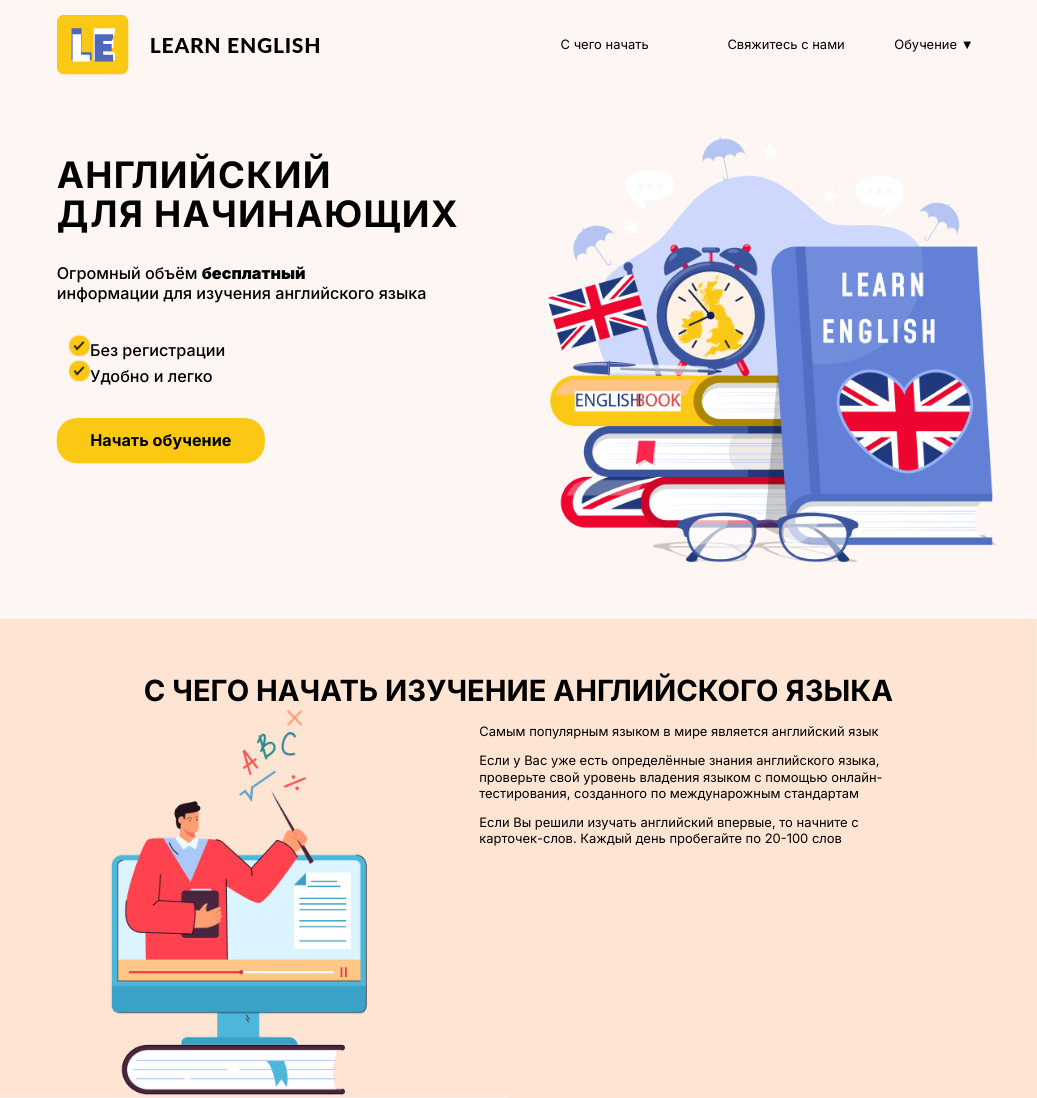
Repository: WladimirVA/Diplom
Page: scool/index.html
An editor plug-in stored every save of this project. The page is shown before and after the next save, followed by the edit.
The browser window is 1280 px wide. The pictures show the whole page, at 81% of full size.

Above is the page before, as saved 2023-07-06 18:38:04.

### scool/index.html
<!DOCTYPE html>
<html lang="en">
<head>
    <meta charset="UTF-8">
    <meta name="viewport" content="width=device-width, initial-scale=1.0">
    <link href="./css/index.css" rel="stylesheet" type="text/css">
    <link href="../static/css/fonts.css" rel="stylesheet" type="text/css">
    <link rel="icon" sizes="16x16" href="./img/Vector.svg" type="image/x-icon">
    <title>Learn english</title>
</head>
<body>
    <header class="header" di="HOME">
        <div class="section">
            <div class="section-header">
                <div class="logo">
                    <img src="./img/Vector.svg">
                    <p>Learn english</p>
                </div>
                <div>

                    <ul class="ddropdownn">
                        <li class="ddropdownn-top">
                        <a class="ddropdownn-top" href="#">С чего начать</a>
                        </li>
                        <li class="ddropdownn-top">
                            <a class="ddropdownn-top" href="#">Свяжитесь с нами</a>
                        </li>
                        <li class="ddropdownn-top">
                        <a class="ddropdownn-top" href="#">Обучение &#9660;</a>
                            <ul class="ddropdownn-inside">
                                <li><a href="/">Карточки-слова</a></li>
                                <li><a href="/">Самоучитель</a></li>
                                <li><a href="/">Видео</a></li>
                                <li><a href="/">Тестирование</a></li>
                                <li><a href="/">Картинки</a></li>
                            </ul>
                        </li>

                    </ul>

                    <!-- <ul class="header-nav">
                        <li><a class="link" href="#ADVAN_TEST">С чего начать</a></li>
                        <li><a class="link" href="#LANGUAGE_LEVELS">Обучение &#9660;</a></li>
                        <li><a class="link" href="mailto:Vorobeyenglish@ya.ru">Свяжитесь с нами</a></li>
                         <li><a class="link" href="#">О проекте</a></li>
                    </ul> -->
                </div>
            </div>
        </div>
    </header>
    <main>
        <section class="BEGINNES">
            <div class="section">
                <div class="content-beginners">
                    <div class="beginners-inf">
                        <h1>Английский <br>для начинающих</h1>
                        <p>Огромный объём <span  style="font-weight:900"> бесплатный <br></span> информации для изучения английского языка</p>
                        <div>
                            <ul class="home_ul">
                                <li class="home_li"><img class="check" src="./img/Иконка _Галочка_ 3.svg">Без регистрации</li>
                                <li class="home_li"><img class="check" src="./img/Иконка _Галочка_ 3.svg">Удобно и легко</li>
                            </ul>
                        </div>
                        <div class="buttonsHome">
                            <form action="#" method="post">
                                <button class="button_home">Начать обучение</button>
                            </form>
                        </div>
                    </div>
                    <div class="beginners-img">
                        <img src="./img/BACKGROUND.png" alt="foto">
                    </div>
                </div>
            </div>
        </section>
        <section class="LEARNING">
            <div class="section">
                <div class="content-learning">
                    <h1>С чего начать изучение английского языка</h1>
                        <div class="learning">
                            <div class="img-learning">
                                <img src="./img/Group 31.png" alt="foto">
                            </div>
                            <div class="learning-text">
                                <div>
                                    <p>Самым популярным языком в мире является английский язык</p>
                                </div>
                                <div>
                                    <p>Если у Вас уже есть определённые знания английского языка, проверьте свой уровень владения языком с помощью онлайн-тестирования, созданного по междунарожным стандартам</p>
                                </div>
                                <div>
                                    <p>Если Вы решили изучать английский впервые, то начните с карточек-слов. Каждый день пробегайте по 20-100 слов</p>
                                </div>
                            </div>
                        </div>
                </div>
            </div>
        </section>
    </main>

</body>
</html>

### scool/css/index.css
body {
    scroll-behavior: smooth;
    align-items: center;
    width: 100%;
    max-width: 1366px;
    margin: auto;
    font-family: 'Inter', 'Work Sans', "NunitoSans-Light", Arial, Helvetica, sans-serif;
}

.logo {
    display: flex;
    align-items: center;
}

.logo p {
    font-family: Lato;
    font-size: 26px;
    font-weight: 800;
    line-height: 48px;
    letter-spacing: 0.035em;
    text-align: left;
    text-transform: uppercase;
    padding-left: 1em;
}

/* .link {
    font-family: Inter;
    font-size: 16px;
    font-weight: 500;
    line-height: 20px;
    letter-spacing: 0em;
    padding-right: 60px;
    text-decoration: none;
    color: #000000;


}

.header-nav {
    display: flex;
    list-style-type: none;
    padding-top: 20px;
} */
/* Стили выпадающего списка */
ul.ddropdownn li {/* Считаем координаты относительно исходного места. */
    position: relative; }
ul.ddropdownn, ul.ddropdownn-inside {
    /* Отступы на нуле. */
    padding: 0;
    /* Маркеры уберем. */
    list-style-type: none;
    }
ul.ddropdownn-inside {
    /* Спрячем дочерние элементы выпадающего списка. */
    left: -9999px;
    position: absolute;
    }
ul.ddropdownn li.ddropdownn-top {
    /* Небольшой отступ. */
    margin: 20px 1px 0 0;
    /* Выравнивание по левой стороне. */
    float: left;
    display: inline;
    }
ul.ddropdownn li.ddropdownn-top a {
    /* Делаю элементы блочными. */
    display: block;
    /* Снова отступы. */
    padding: 3px 30px 4px;
    text-decoration: none;
    color: black;
    font-family: Inter;
    width: 145px;
    }
/* ul.ddropdownn a.ddropdownn-top {/* Цвет фона. */ background: #FEF6F3; } */
ul.ddropdownn a.ddropdownn-top:hover {/* Отступы. */ padding: 13px 20px 4px; }
ul.ddropdownn li.ddropdownn-top:hover .ddropdownn-inside {
    left: 0;
    /* Делаю элементы блочными. */
    display: block;
    }
ul.ddropdownn .ddropdownn-inside {/* Цвет фона. */ background: #FEF6F3; }
ul.ddropdownn .ddropdownn-inside a:hover {/* Цвет фона изменится при наведении. */
    background: #FEF6F3; }


@media screen and (max-width: 745px) {
    .header-nav {
        display: block;
        padding-top: 0px;
    }
}


.section-header {
    display: flex;
    justify-content: space-between;
    background-color: #FEF6F3;
    padding: 5px 0px 0 70px;

}

.BEGINNES {
    background: #FEF6F3;
}

.content-beginners {
    display: flex;
    justify-content: space-between;
}

.beginners-inf {
    padding: 50px 0 0 70px;
}

.beginners-inf h1 {
    font-family: Inter;
    font-size: 44px;
    font-weight: 700;
    line-height: 48px;
    letter-spacing: -0.08em;
    text-align: left;
    text-transform: uppercase;
    font-family: Inter;
    font-size: 45px;
    font-weight: 700;
    line-height: 48px;
    letter-spacing: 0.035em;
    text-align: left;
}

.beginners-img img {
    width: 100%;
    height: auto;
}
.content-beginners {
    font-family: Inter;
    font-size: 22px;
    font-weight: 700;
    line-height: 24px;
    letter-spacing: 0em;
    text-align: left;

    font-family: Inter;
    font-size: 22px;
    font-weight: 500;
    line-height: 24px;
    letter-spacing: 0em;
    text-align: left;

    font-family: Inter;
    font-size: 20px;
    font-weight: 500;
    line-height: 24px;
    letter-spacing: 0em;
    text-align: left;
}

.home_ul {
    list-style-type: none;
    padding: 20px 0 20px 0;
}

.check {
    margin-left: 15px;
}

.button_home {
    font-family: Inter;
    font-size: 20px;
    font-weight: 700;
    line-height: 24px;
    letter-spacing: 0em;
    text-align: center;
    background:#FBC815;
    border-style: none;
    border-radius: 25px;
    width: 257px;
    height: 56px;
}

.LEARNING {
    background: #FDE4D3;
}

.learning {
    display: flex;
    justify-content: space-evenly;
}

.img-learning img {
    width: 100%;
    height: auto;
}

.content-learning h1 {
    margin: 0;
    text-align: center;
    text-transform: uppercase;
    font-family: Inter;
    font-size: 36px;
    font-weight: 700;
    line-height: 48px;
    letter-spacing: 0em;
    text-align: center;
    padding-top: 65px;

}

.learning-text {
    max-width: 550px;
}

### static/css/fonts.css
/* @import url('https://fonts.googleapis.com/css2?family=Work+Sans:ital,wght@0,600;0,800;1,800&display=swap'); */


/* @import url('https://fonts.googleapis.com/css2?family=Inter:wght@400;500;600;700;800&family=Work+Sans:ital,wght@0,600;0,800;1,800&display=swap'); */


@import url('https://fonts.googleapis.com/css2?family=Inter:wght@100;200;300;400;500;600;700;800;900&display=swap');

@import url('https://fonts.googleapis.com/css2?family=Inter:wght@100;200;300;400;500;600;700;800;900&family=Work+Sans:ital,wght@0,100;0,200;0,300;0,400;0,500;0,600;0,700;0,800;0,900;1,100;1,200;1,300;1,400;1,500;1,600;1,700;1,800;1,900&display=swap');

After the next save:
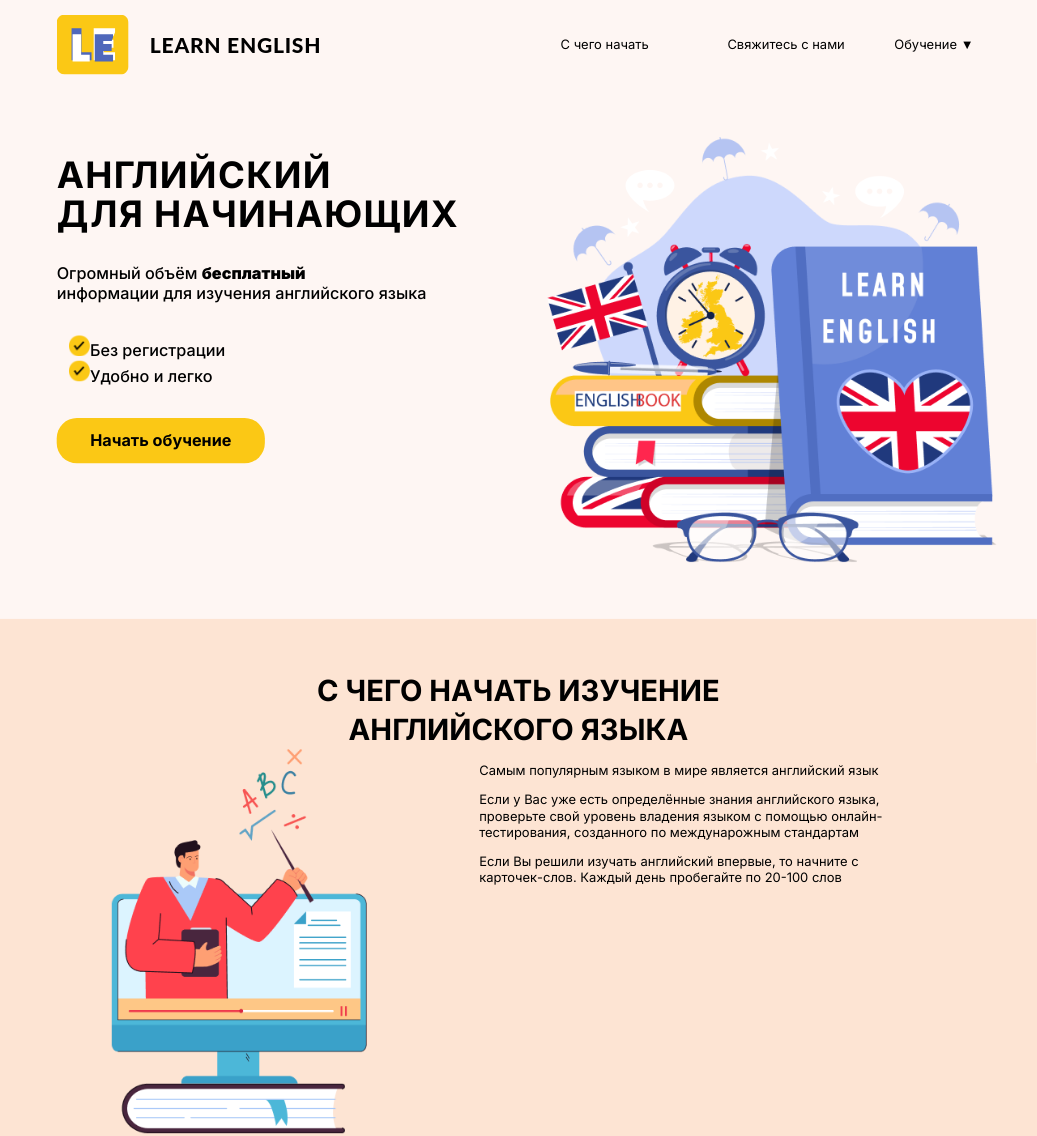
Saved 15 s later.
--- a/scool/index.html
+++ b/scool/index.html
@@ -76,7 +76,7 @@
         <section class="LEARNING">
             <div class="section">
                 <div class="content-learning">
-                    <h1>С чего начать изучение английского языка</h1>
+                    <h1>С чего начать изучение<br> английского языка</h1>
                         <div class="learning">
                             <div class="img-learning">
                                 <img src="./img/Group 31.png" alt="foto">
